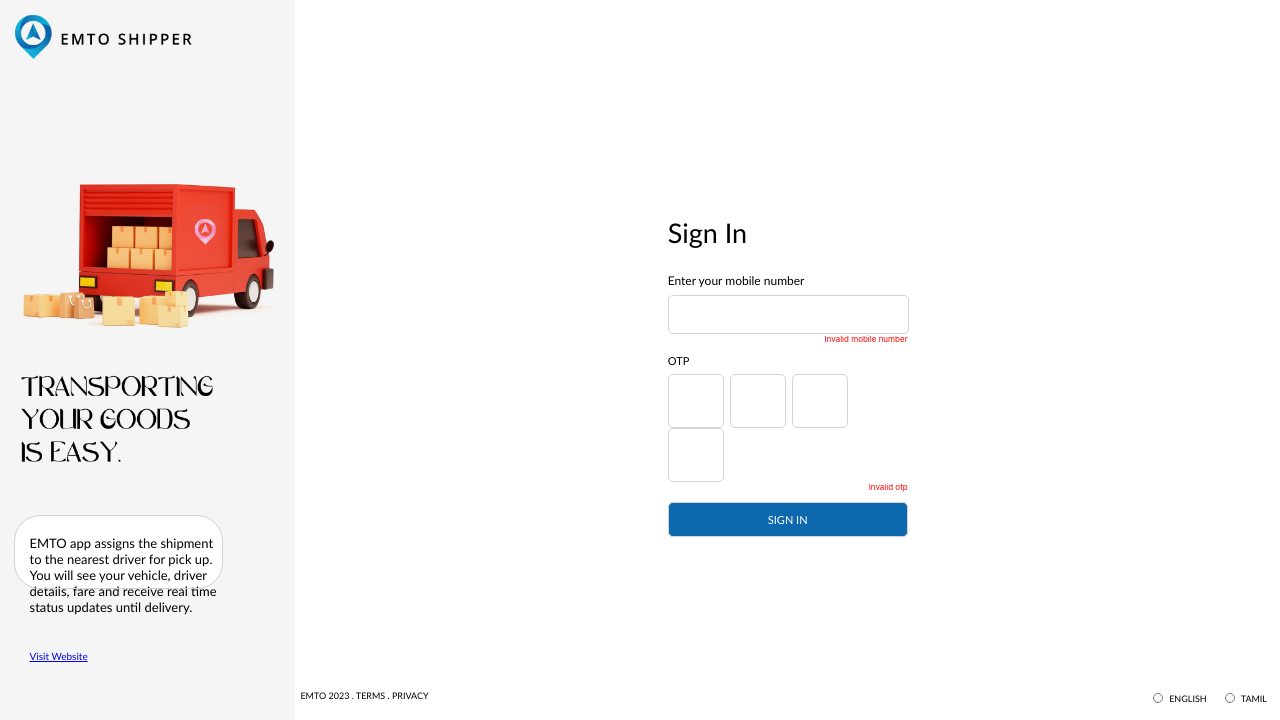
Repository: RoshanArun/Emto-Web
Page: / (app in emto/reactfirst/)
These files come from the project's save history. The page is drawn as it stood at one moment and after the next save; the edit follows.
The browser window is 1280 px wide. The pictures show the whole page.
The project was rebuilt for these pictures with package versions that can differ from the ones it lists, and the page was loaded fresh each time. Also part of the build but not shown: emto/reactfirst/src/pages/SignUp/SignUp.css, emto/reactfirst/src/pages/SignUp/SignUp.js, emto/reactfirst/src/pages/DashBoard/DashBoard.js.

Above is the page before, as saved 2023-07-27 12:07:01.

### emto/reactfirst/src/App.js
import React from 'react';
import './pages/Login/Login.css';
import './pages/SignUp/SignUp.css';
import './pages/DashBoard/DashBoard.css';

import { BrowserRouter as Router, Routes, Route }
    from 'react-router-dom';

import SignUp from './pages/SignUp/SignUp';
import Login from './pages/Login/Login';
import DashBoard from './pages/DashBoard/DashBoard';


function App() {
    return (
        <Router>
            <Routes>
                <Route exact path='/' element={<Login />} />
                <Route path='/sign-up' element={<SignUp />} />
                <Route path='/dashboard' element={<DashBoard />} />
            </Routes>
        </Router>
    );
}

export default App;

### emto/reactfirst/src/pages/Login/Login.css
.wrapper {
  width: 100%;
  height: 100%;
  display: flex;
  flex-basis: 100%;
}

.page-left {
  width: 30%;
  min-width: 250px;
  height: 100vh;
  min-height: 570px;
  background-color: #f5f5f5;
}

.page-right {
  width: 100%;
  height: 75vh;
  background-color: #ffffff;
}

.logo {
  width: 60%;
  padding-top: 5%;
  padding-left: 5%;
  padding-bottom: 35%;
}

.truck {
  width: 100%;
  padding-bottom: 10%;
}

.emtocaption {
  width: 65%;
  padding-left: 7%;
  padding-bottom: 5%;
}

.box {
  width: 85%;
  background-color: white;
  border-radius: 25px;
  margin-left: 5%;
  padding-left: 5%;
  padding-top: 2%;
  padding-bottom: 10%;
}

.details {
  font-size: 13px;
  font-family: 'Gill Sans', 'Gill Sans MT', Calibri, 'Trebuchet MS', sans-serif;
  padding-bottom: 8%;
}

.link {
  font-size: 10px;
  font-family: 'Gill Sans', 'Gill Sans MT', Calibri, 'Trebuchet MS', sans-serif;
}

.signin-content {
  height: 85%;
  width: 240px;
  margin-left: auto;
  margin-right: auto;
  padding-top: 30vh;
  min-height: 300px;
}

.signin-label {
  font-size: 27px;
  padding-bottom: 10%;
  padding-right: 30%;
  font-family: 'Gill Sans', 'Gill Sans MT', Calibri, 'Trebuchet MS', sans-serif;
  float: left;
}

.num-label {
  float: left;
  font-size: 12px;
  margin-bottom: 7px;
  font-family: 'Gill Sans', 'Gill Sans MT', Calibri, 'Trebuchet MS', sans-serif;
}

.numinput {
  border-radius: 5px;
  border: 1px solid lightgrey;
  height: 35px;
  width: 235px;
  float: left;
}

input::-webkit-inner-spin-button {
  -webkit-appearance: none;
  margin: 0;
}

.small {
  display: block;
  margin-bottom: -10px;
}

.invalidnumber {
  font-size: 8px;
  float: right;
  color: red;
}

.OTP-label {
  float: left;
  font-size: 11px;
  margin-right: 200px;
  margin-bottom: 7px;
  font-family: 'Gill Sans', 'Gill Sans MT', Calibri, 'Trebuchet MS', sans-serif;
}

.OTPNUM-input {
  width: 50px;
  height: 50px;
  border-radius: 5px;
  border: 1px solid lightgrey;
  position: relative;
  margin-right: 6px;
}

.OTPNUM-inputend {
  width: 50px;
  height: 50px;
  border-radius: 5px;
  border: 1px solid lightgrey;
  position: relative;
}

.invalidOTP {
  font-size: 8px;
  float: right;
  color: red;
}

.submit-button {
  width: 240px;
  height: 35px;
  background-color: #0d69ae;
  color: white;
  border-radius: 5px;
  border: 1px solid lightgrey;
  font-family: 'Gill Sans', 'Gill Sans MT', Calibri, 'Trebuchet MS', sans-serif;
  font-size: 11px;
  margin-top: 10px;
}

.bottom {
  height: 5%;
  margin-top: 1.5%;
  width: 100%;
  font-size: 9px;
  font-family: 'Gill Sans', 'Gill Sans MT', Calibri, 'Trebuchet MS', sans-serif;
}

.terms {
  margin-left: 5px;
  float: left;
}

.language {
  font-size: 9px;
  float: right;
  font-family: 'Gill Sans', 'Gill Sans MT', Calibri, 'Trebuchet MS', sans-serif;
  padding: 3px;
  margin-right: 10px;
}

.radio-button {
  float: right;
  height: 10px;
  width: 10px;
}

@media (max-width: 600px) {
  .wrapper {
    flex-wrap: wrap;
  }

  div {
    flex-basis: 33%;
  }

  .page-left {
    width: 100%;
    min-width: 100%;
    height: 100%;
    background-color: #f5f5f5;
  }

  .box {
    width: 85%;
    background-color: white;
    border-radius: 25px;
    margin-left: 5%;
    padding-left: 5%;
    padding-top: 2%;
    padding-bottom: 5%;
    margin-bottom: 5%;
  }

  .page-right {
    width: 100%;
    min-width: 100%;
    height: 150vw;
    background-color: #f5f5f5;
  }

  .signin-content {
    height: 85%;
    width: 240px;
    padding-top: 25vh;
    text-align: center;

  }
}

### emto/reactfirst/src/pages/DashBoard/DashBoard.css
.dashboard-right{
  width: 100vw;
  padding: 0;
  margin: 0;
}

.right1{
  width: 55vw;
  height: 100vh;
  display: flexbox;
}

.dashboard-top {
  height: 10vh;
  width: 74vw;
  outline: 1px solid lightgray;
  min-height: 65px;
}

.dashboard-top2 {
  height: 10vh;
  width: 20vw;
  outline: 1px solid lightgray;
  min-height: 65px;
}

.dashboard-left {
  width: 15vw;
  height: 100vh;
  outline: 1px solid lightgray;
  min-width: 130px;
}

.dashboardlogo {
  width: 60%;
  margin-top: 15%;
  margin-bottom: 15%;
  margin-left: 15%;
}

.dashboardicon {
  margin-top: 12%;
  margin-left: 15%;
  width: 13%;
}

.dashboardlabels {
  margin-left: 7%;
  font-size: 1vw;
  position: relative;
  bottom: .5vw;
  font-family: 'Gill Sans', 'Gill Sans MT', Calibri, 'Trebuchet MS', sans-serif;
  color: black;
}

.pro {
  font-size: 1.0vw;
  font-weight: bold;
  text-align: center;
  display: block;
  margin-bottom: 5%;
  margin-top: 15%;
}

.unlock {
  display: block;
  font-size: .8vw;
  word-wrap: break-word;
  text-align: center;

}

.unlock2 {
  font-size: .8vw;
  text-align: center;
  display: block;

}

.upgrade {
  background-color: lightblue;
  border: none;
  border-radius: 15px;
  width: 45%;
  height: 3.5%;
  margin-left: auto;
  margin-right: auto;
  display: grid;
  margin-bottom: 15vh;


  text-align: center;
  font-size: .9vw;
  font-weight: bold;
  align-items: center;
}

.intro {
  font-size: 3vh;
  font-family: 'Gill Sans', 'Gill Sans MT', Calibri, 'Trebuchet MS', sans-serif;
  padding-left: 6vh;
  margin-top: 2vh;
  display: inline-block;
}

.introsub {
  margin-left: 6vh;
  font-size: 1.5vh;
  margin-top: 2px;
  display: flex;
}


.Calender {
  margin-left: auto;
  font-size: 1.5vh;
  position: absolute;
  top: 4.5%;
  left: 75%
}

.calenderIcon {
  width: 2.5vh;
  margin-left: 5vw;
  position: absolute;
  top: 4.25%;
  left: 75%
}

.profileIcon {
  width: 6vh;
  margin-left: 10%;
  margin-top: 2.5vh;
}

.userLabel {
  margin-left: 10vh;
  font-size: 2.2vh;
  position: relative;
  bottom: 7.5vh;
  font-family: 'Gill Sans', 'Gill Sans MT', Calibri, 'Trebuchet MS', sans-serif;
  color: black;
  display: block;
  margin-bottom: -17.5px
}

.userLabel2 {
  margin-left: 10vh;
  font-size: 1.5vh;
  position: relative;
  bottom: 7.5vh;
  font-family: 'Gill Sans', 'Gill Sans MT', Calibri, 'Trebuchet MS', sans-serif;
  color: black;
  display: block;
  margin-bottom: -17.5px
}

.box{
  margin-top: 5vh;
  height: 5vh;
  width: 15vw;
  outline: 1px solid lightgray;
  display: inline-block;
}

### emto/reactfirst/src/pages/Login/Login.js
import React from 'react';
import IMAGES from '../../Components';

const Login = () => {
    return (
        <div class="login">
            <meta name="viewport" content="width=device-width, initial-scale=1.0" />
            <div class="wrapper">

                <div class="page-left">
                    <img src={IMAGES.emtologo} class="logo" alt="logo" />
                    <img src={IMAGES.emtotruck} class="truck" alt="logo" />
                    <img src={IMAGES.emtocaption} class="emtocaption" alt="logo" />
                    <div class="box">
                        <p class="details">EMTO app assigns the shipment to the nearest driver for pick up. You will see your vehicle, driver details, fare and receive real time status updates until delivery.</p>
                        <a class="link" href="url">Visit Website</a>
                    </div>
                </div>

                <div class="page-right">
                    <div class="signin-content">
                        <label class="signin-label">Sign In</label> <br></br><br></br>
                        <label class="num-label">Enter your mobile number</label><br></br>
                        <input class="numinput" type="number" id="num" name="num" /><span class="small"></span><br></br>
                        <label class="invalidnumber">Invalid mobile number</label><br></br>
                        <label class="OTP-label">OTP</label>
                        <input class="OTPNUM-input" type="number" id="num1" maxlength="4" />
                        <input class="OTPNUM-input" type="number" id="num2" maxlength="4" />
                        <input class="OTPNUM-input" type="number" id="num3" maxlength="4" />
                        <input class="OTPNUM-inputend" type="number" id="num4" maxlength="4" /><br></br>
                        <label class="invalidOTP">Invalid otp</label>
                        <button class="submit-button" type="button">SIGN IN</button> <br class="small"></br>


                    </div>
                    <div class="bottom">
                        <label class="terms">EMTO 2023 . TERMS . PRIVACY</label>
                        <label class="language" for="html">TAMIL</label>
                        <input class="radio-button" type="radio" name="lang" value="English" />
                        <label class="language" for="html">ENGLISH</label>
                        <input class="radio-button" type="radio" name="lang" value="Tamil" />
                    </div>
                </div>
            </div>
        </div>
    );
}



export default Login;

### emto/reactfirst/src/Components/index.js
const IMAGES = {
    emtocaption: require('./emto-caption.png'),
    emtotruck: require('./emtotruck.jpg'),
    emtologo: require('./emto-logo.png'),

    dashboard: require('./business-report.png'),
    senders: require('./senders.png'),
    recievers: require('./recievers.png'),

    settings: require('./settings.png'),
    csx: require('./customer-service.png'),
    logout: require('./logout.png'),

    calender: require('./calendar.png'),
    profile: require('./profile.png')


}

export default IMAGES;

Loaded but not shown: emto/reactfirst/public/index.html (common file); emto/reactfirst/src/index.js (common file); emto/reactfirst/src/index.css (common file); emto/reactfirst/src/reportWebVitals.js (common file)

After the next save:
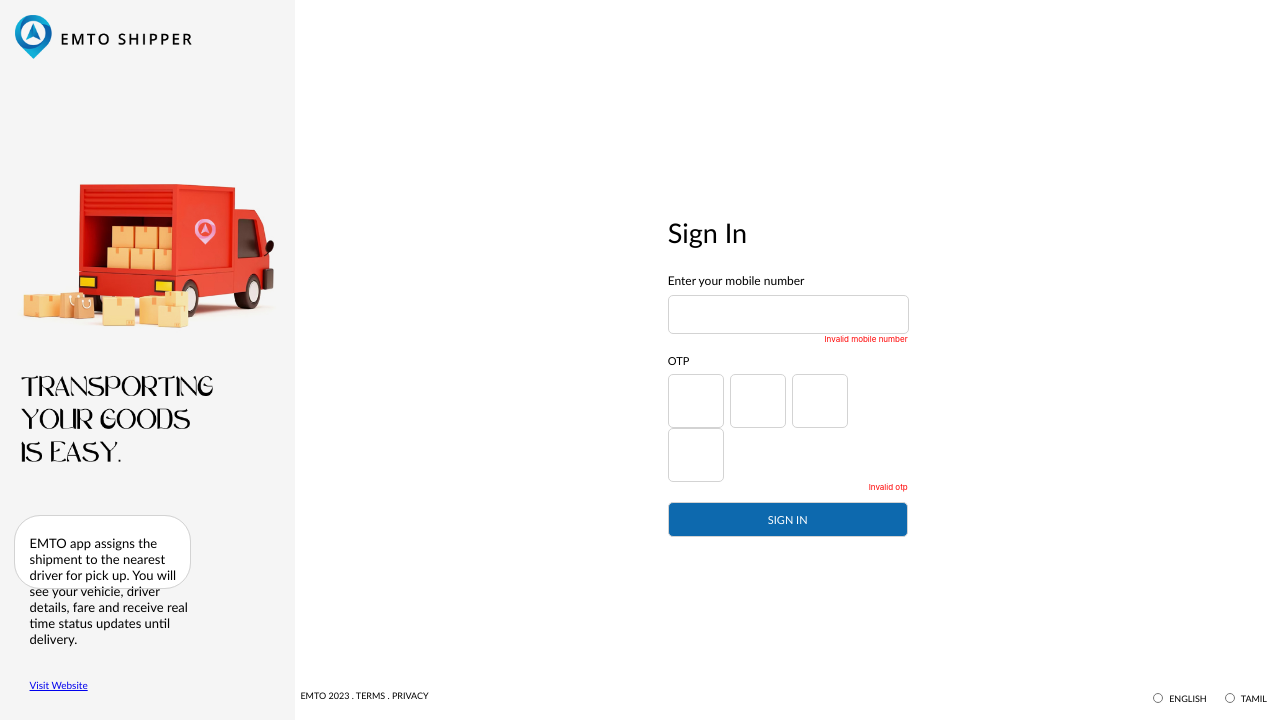
Saved 5 s later.
--- a/emto/reactfirst/src/pages/DashBoard/DashBoard.css
+++ b/emto/reactfirst/src/pages/DashBoard/DashBoard.css
@@ -158,7 +158,7 @@
 .box{
   margin-top: 5vh;
   height: 5vh;
-  width: 15vw;
+  width: 12.5vw;
   outline: 1px solid lightgray;
   display: inline-block;
 }
